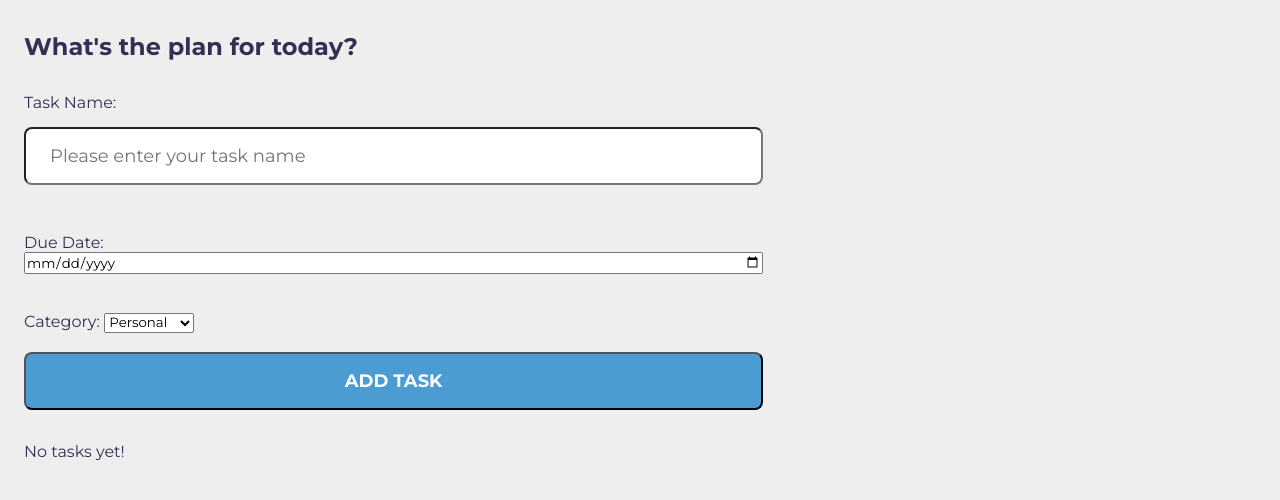
Repository: comp426-2023-spring/a99-SnowPile
Page: http://localhost/
An editor plug-in stored every save of this project. The page is shown before and after the next save, followed by the edit.
The browser window is 1280 px wide. The pictures show the whole page.
Some web fonts or font styles are not loaded; a fallback is used. The page is served by the project's Node server (app.js).

Above is the page before, as saved 2023-04-15 21:32:35.

### frontend/views/index.ejs
<!DOCTYPE html>
<html>
  <head>
    <title>Todo List</title>
    <!-- CSS import -->
    <link rel="stylesheet" type="text/css" href="/style.css"/>

    <!-- Set font -->
    <link rel="preconnect" href="https://fonts.googleapis.com">
    <link rel="preconnect" href="https://fonts.gstatic.com" crossorigin>
    <link href="https://fonts.googleapis.com/css2?family=Fira+Sans:ital,wght@0,400;0,700;0,900;1,400&family=Montserrat:ital,wght@0,400;0,700;0,900;1,400&display=swap" rel="stylesheet">
  </head>
  <body>
    <!-- Greeting -->
    <section class="greeting">
      <h2>What's the plan for today?</h2>
    </section>


    <!-- New Todo -->
    <section class="create-todo">
      <form action="/addTask" method="POST">

        <label for="taskName">Task Name:</label>
        <input type="text" placeholder="Please enter your task name" id="taskName" name="taskName" required><br><br>

        <label for="dueDate">Due Date:</label>
        <input type="date" id="dueDate" name="dueDate" required><br><br>

        <label for="category">Category:</label>
        <select id="category" name="category">
          <option value="Personal">Personal</option>
          <option value="Academic">Academic</option>
          <option value="Work">Work</option>
        </select><br><br>

        <input type="submit" value="Add Task">

      </form>
    </section>
    <!-- Display todo list -->
    <section class="todo-list">
      <% if (tasks.length === 0) { %>
        <p>No tasks yet!</p>
      <% } else { %>
        <table>
          <tr>
            <th>Task Name</th>
            <th>Due Date</th>
            <th>Category</th>
            <th>Edit</th>
          </tr>
          <% for (let i = 0; i < tasks.length; i++) { %>
            <tr>
              <td><%= tasks[i].name %></td>
              <td><%= tasks[i].due %></td>
              <td><%= tasks[i].category %></td>
              <td>
                <form action="/editTask/<%= i %>" method="POST">
                  <input type="text" name="taskName" value="<%= tasks[i].name %>" required>
                  <input type="date" name="dueDate" value="<%= tasks[i].due %>" required>
                  <input type="submit" value="Edit">
                </form>
              </td>
            </tr>
          <% } %>
        </table>
      <% } %>
    </section>
  </body>
</html>

### frontend/app.js
const express = require('express');
const bodyParser = require('body-parser');
const app = express();
const port = 3000;

// set up body-parser middleware
app.use(bodyParser.urlencoded({ extended: false }));

// set up view engine
app.set('view engine', 'ejs');

// set up static folder
app.use(express.static('public'));

// initialize tasks array
let tasks = [];

// render index page with tasks array
app.get('/', (req, res) => {
  res.render('index', { tasks: tasks });
});

// create new task and add to tasks array
app.post('/addTask', (req, res) => {
  const taskName = req.body.taskName;
  const dueDate = req.body.dueDate;
  const category = req.body.category;

  const newTask = {
    name: taskName,
    due: dueDate,
    category: category,
  };

  tasks.push(newTask);
  res.redirect('/');
});

// edit existing task
app.post('/editTask/:id', (req, res) => {
  const id = req.params.id;
  const taskName = req.body.taskName;
  const dueDate = req.body.dueDate;

  tasks[id].name = taskName;
  tasks[id].due = dueDate;

  res.redirect('/');
});

// start server
app.listen(port, () => {
  console.log(`App listening at http://localhost:${port}`);
});

### frontend/public/style.css
* {
	margin: 0;
	padding: 0;
	box-sizing: border-box;
	font-family: 'montserrat', sans-serif;
}

body {
	background: #EEE;
	color: #313154;

}
section {
	margin-top: 2rem;
	margin-bottom: 2rem;
	padding-left: 1.5rem;
	padding-right: 1.5rem;
}

h2{
    color: #313154;
}


.create-todo input[type="text"] {
	display: block;
	width: 60%;
	font-size: 1.125rem;
	padding: 1rem 1.5rem;
	color: #313154;
	background-color: #FFF;
	border-radius: 0.5rem;
	box-shadow: none;
	margin-bottom: 10px;
	margin-top: 15px;
}
.create-todo input[type="date"] {
	display: block;
	width: 60%;
}

.create-todo input[type="submit"]{
	display: block;
	width: 60%;
	font-size: 1.125rem;
	padding: 1rem 1.5rem;
	color: #FFF;
	font-weight: 700;
	text-transform: uppercase;
	background-color: #4B9CD3;
	/* box-shadow: #13294B; */
	box-shadow: none;
	border-radius: 0.5rem;
	cursor: pointer;
	transition: 0.2s ease-out;
}
.create-todo input[type="submit"]:hover {
	opacity: 0.75;
}

After the next save:
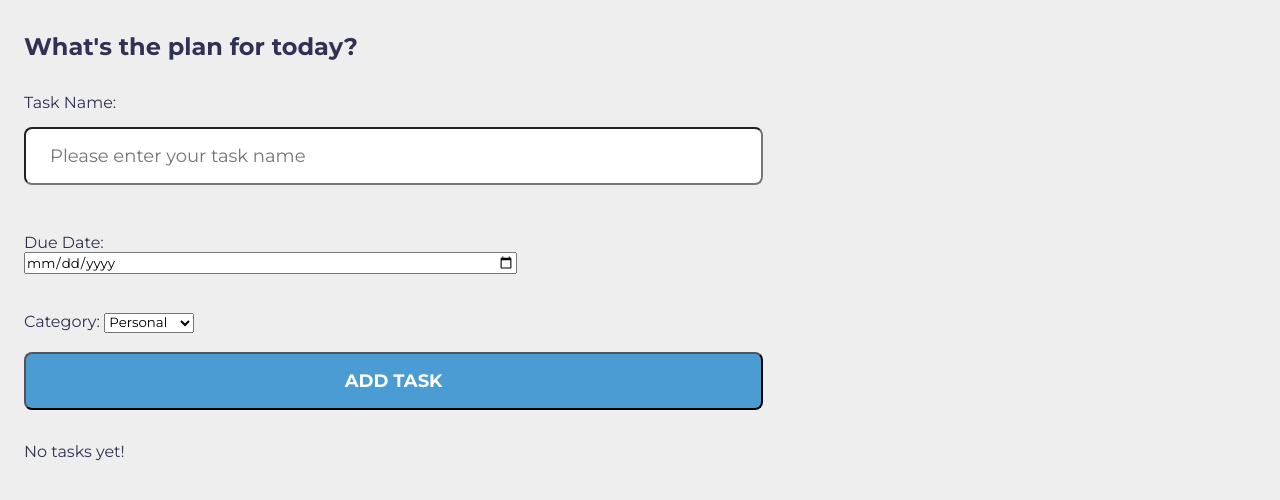
Saved 7 s later.
--- a/frontend/public/style.css
+++ b/frontend/public/style.css
@@ -36,7 +36,7 @@ h2{
 }
 .create-todo input[type="date"] {
 	display: block;
-	width: 60%;
+	width: 40%;
 }
 
 .create-todo input[type="submit"]{
